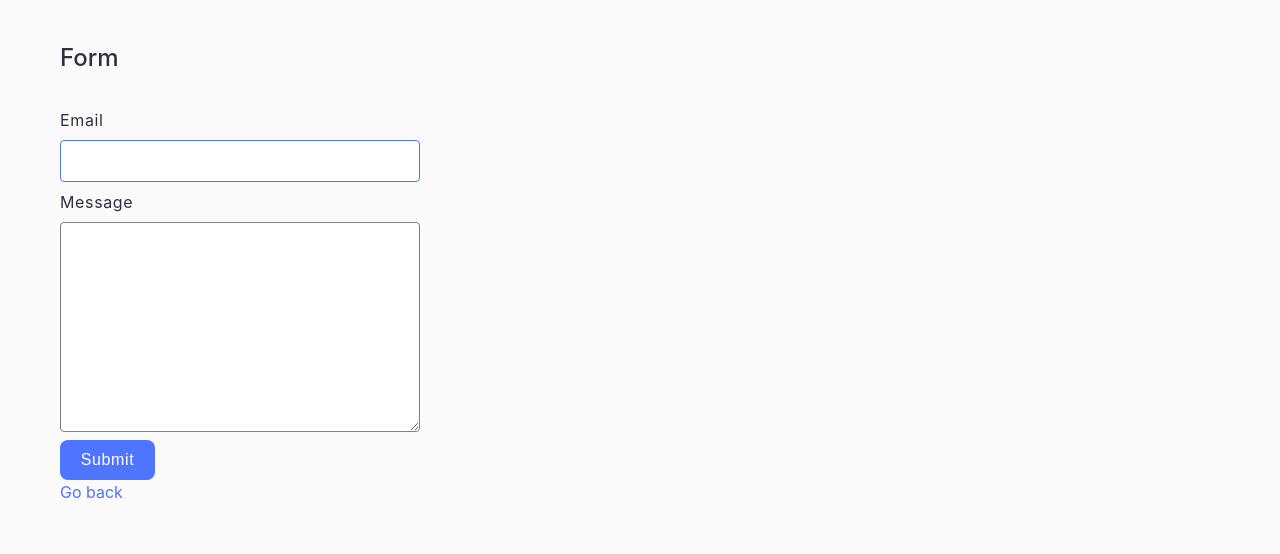
Repository: rubin666666/goit-js-hw-09
Page: public/2-form.html
The author's editor kept a copy of each file at every save. The page is drawn from the files as they stood at one save, then again after the next save.
The browser window is 1280 px wide. The pictures show the whole page.

Above is the page before, as saved 2025-12-17 13:18:47.

After the next save:
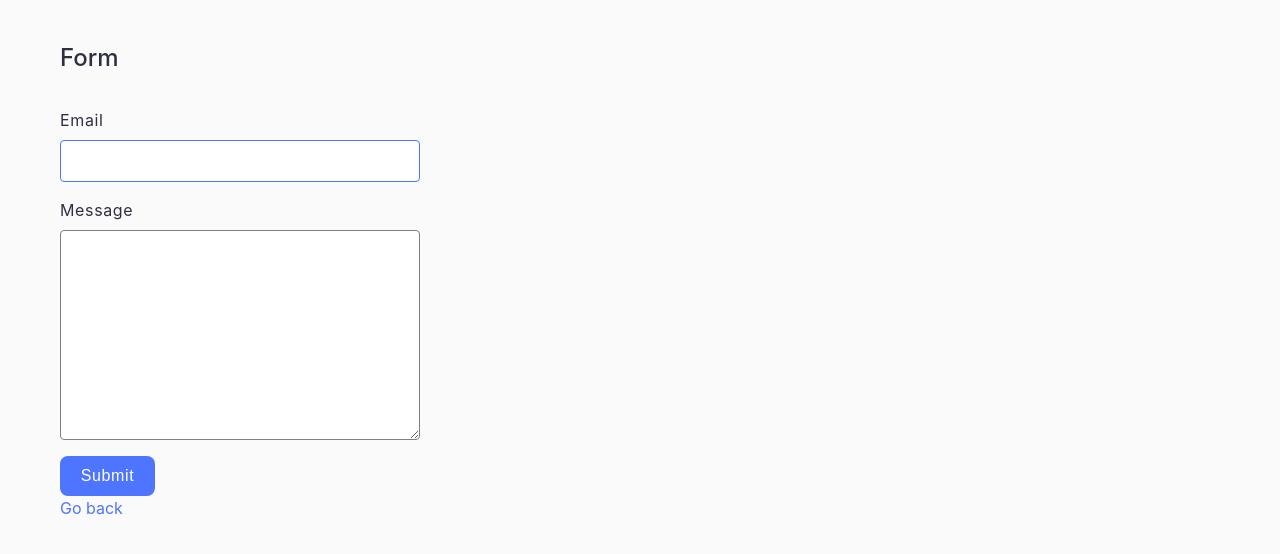
Saved 9 s later.
--- a/src/css/style.css
+++ b/src/css/style.css
@@ -66,13 +66,11 @@
 }
 
 .feedback-form label {
-  display: flex;
-  flex-direction: column;
-  gap: 8px;
   font-size: 16px;
   line-height: 1.5;
   letter-spacing: 0.04em;
   color: #2e2f42;
+  margin-bottom: 0;
 }
 
 .feedback-form input,
@@ -84,6 +82,7 @@
   font-size: 16px;
   line-height: 1.5;
   letter-spacing: 0.04em;
+  margin-bottom: 8px;
   transition: border-color 0.3s ease;
 }
 
